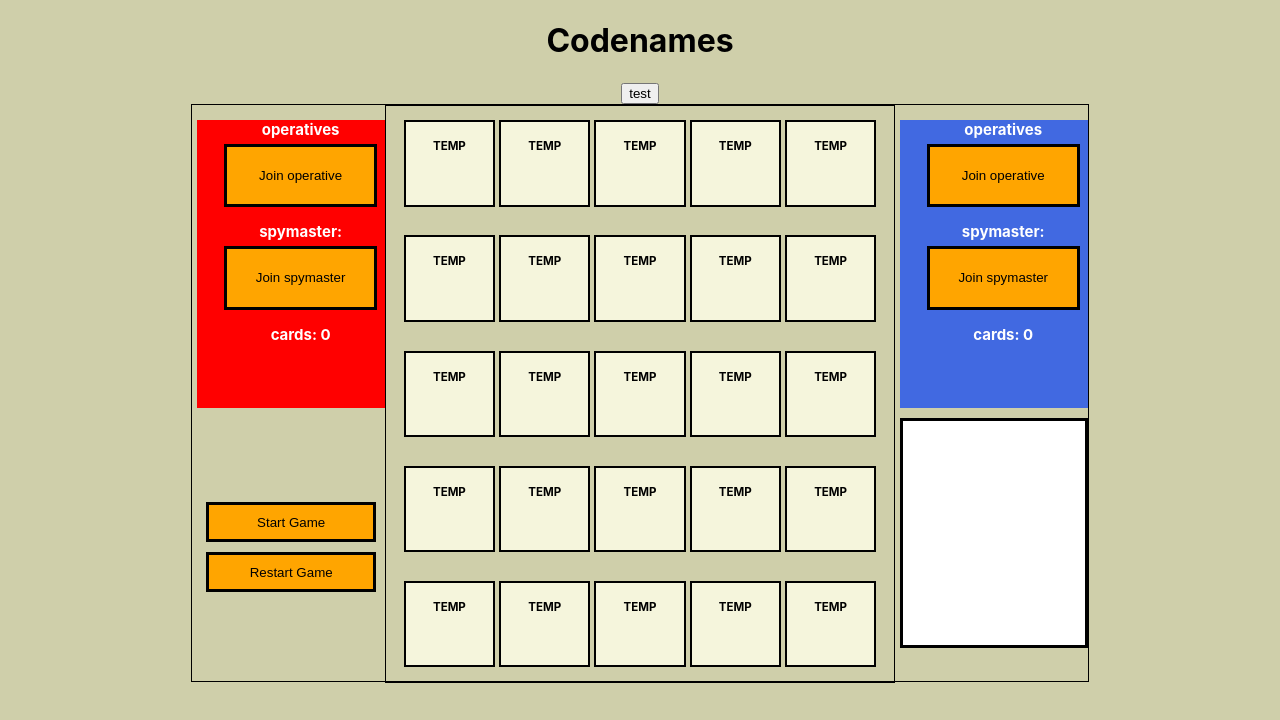
Repository: alcarrizo/Codenames-Fullstack
Page: / (app in client/)
These files come from the project's save history. The page is drawn as it stood at one moment and after the next save; the edit follows.
The browser window is 1280 px wide. The pictures show the whole page.
The project was rebuilt for these pictures with package versions that can differ from the ones it lists, and the page was loaded fresh each time. Imported but missing from the stored project, and not drawn on this page: client/src/reportWebVitals.

Above is the page before, as saved 2023-01-12 21:24:21.

### client/src/index.js
import React from 'react';
import ReactDOM from 'react-dom/client';
import './index.css';
import App from './App';
import reportWebVitals from './reportWebVitals';
import './css/styles.css'


const root = ReactDOM.createRoot(document.getElementById('root'));
root.render(
  <React.StrictMode>
    <App />
  </React.StrictMode>
);

// If you want to start measuring performance in your app, pass a function
// to log results (for example: reportWebVitals(console.log))
// or send to an analytics endpoint. Learn more: https://bit.ly/CRA-vitals
reportWebVitals();

### client/src/App.js
import logo from './logo.svg';
import './App.css';
import { useState, useEffect } from 'react';

const Card = ({ card, revealCard, player }) => {

  var className = 'card '
  className = player.role === 'spymaster' ? className + card.team : className
  className = card.clicked ? "card " + card.team + ' picked' : className

  return (
    <div className={className} onClick={() => revealCard(card.id)}>
      {card.word === null ? 'temp' : card.word}
    </div >
  )
}

const PlayerInfo = ({ joinClass, className, joinTeam, numCards }) => {


  return (
    <div className={className + "Team"}>
      <p>operatives </p>
      <p id={className + '-operative-players'}></p>
      <Btn onClick={() => joinTeam(className, 'operative')} className={joinClass} id={className + '-join-operative'} name="Join operative" />
      <p>spymaster: </p>
      <p id={className + '-spymaster-players'}></p>
      <Btn onClick={() => joinTeam(className, 'spymaster')} className={joinClass} id={className + '-join-spymaster'} name="Join spymaster" />
      <p id={className + '-remaining-cards'}>{'cards: ' + numCards}</p>
    </div>
  )

}

const Btn = (props) => {
  return (
    <button id={props.id} onClick={props.onClick} className={props.className}>{props.name}</button>
  )
}

const App = () => {

  const [cards, setCards] = useState(Array(25).fill({
    id: 0,
    word: null,
    team: 'beige',
    clicked: false
  }).map((c, i) => {
    return {
      ...c, id: i
    }
  }
  ))

  // player object
  const [player, setPlayer] = useState({
    name: 'Joker',
    team: null,
    role: null,
    joined: false
  })

  // Keeps track of turns
  const [turn, setTurn] = useState('')
  document.body.className = turn

  const [gameStart, setGameStart] = useState(false)

  // revealing the end turn button if it's your turn and your role isn't spymaster
  var endClass = player.team === turn && player.role !== 'spymaster' ? 'menuBtn' : 'menuBtn hide'

  // reveals/hides the join team buttons depending on whether the player has joined or not
  var joinClass = player.joined ? 'join-button hide' : 'join-button'

  var words = "Africa, Agent, Air, Alien, Alps, Amazon, Ambulance, America, Angel, Antarctica, Apple, Arm, Atlantis, Australia, Aztec, Back, Ball, Band, Bank, Bar, Bark, Bat, Battery, Beach, Bear, Beat, Bed, Beijing, Bell, Belt, Berlin, Bermuda, Berry, Bill, Block, Board, Bolt, Bomb, Bond, Boom, Boot, Bottle, Bow, Box, Bridge, Brush, Buck, Buffalo, Bug, Bugle, Button, Calf, Canada, Cap, Capital, Car, Card, Carrot, Casino, Cast, Cat, Cell, Centaur, Center, Chair, Change, Charge, Check, Chest, Chick, China, Chocolate, Church, Circle, Cliff, Cloak, Club, Code, Cold, Comic, Compound, Concert, Conductor, Contract, Cook, Copper, Cotton, Court, Cover, Crane, Crash, Cricket, Cross, Crown, Cycle, Czech, Dance, Date, Day, Death, Deck, Degree, Diamond, Dice, Dinosaur, Disease, Doctor, Dog, Draft, Dragon, Dress, Drill, Drop, Duck, Dwarf, Eagle, Egypt, Embassy, Engine, England, Europe, Eye, Face, Fair, Fall, Fan, Fence, Field, Fighter, Figure, File, Film, Fire, Fish, Flute, Fly, Foot, Force, Forest, Fork, France, Game, Gas, Genius, Germany, Ghost, Giant, Glass, Glove, Gold, Grace, Grass, Greece, Green, Ground, Ham, Hand, Hawk, Head, Heart, Helicopter, Himalayas, Hole, Hollywood, Honey, Hood, Hook, Horn, Horse, Horseshoe, Hospital, Hotel, Ice, Ice cream, India, Iron, Ivory, Jack, Jam, Jet, Jupiter, Kangaroo, Ketchup, Key, Kid, King, Kiwi, Knife, Knight, Lab, Lap, Laser, Lawyer, Lead, Lemon, Leprechaun, Life, Light, Limousine, Line, Link, Lion, Litter, Loch ness, Lock, Log, London, Luck, Mail, Mammoth, Maple, Marble, March, Mass, Match, Mercury, Mexico, Microscope, Millionaire, Mine, Mint, Missile, Model, Mole, Moon, Moscow, Mount, Mouse, Mouth, Mug, Nail, Needle, Net, New york, Night, Ninja, Note, Novel, Nurse, Nut, Octopus, Oil, Olive, Olympus, Opera, Orange, Organ, Palm, Pan, Pants, Paper, Parachute, Park, Part, Pass, Paste, Penguin, Phoenix, Piano, Pie, Pilot, Pin, Pipe, Pirate, Pistol, Pit, Pitch, Plane, Plastic, Plate, Platypus, Play, Plot, Point, Poison, Pole, Police, Pool, Port, Post, Pound, Press, Princess, Pumpkin, Pupil, Pyramid, Queen, Rabbit, Racket, Ray, Revolution, Ring, Robin, Robot, Rock, Rome, Root, Rose, Roulette, Round, Row, Ruler, Satellite, Saturn, Scale, School, Scientist, Scorpion, Screen, Scuba diver, Seal, Server, Shadow, Shakespeare, Shark, Ship, Shoe, Shop, Shot, Sink, Skyscraper, Slip, Slug, Smuggler, Snow, Snowman, Sock, Soldier, Soul, Sound, Space, Spell, Spider, Spike, Spine, Spot, Spring, Spy, Square, Stadium, Staff, Star, State, Stick, Stock, Straw, Stream, Strike, String, Sub, Suit, Superhero, Swing, Switch, Table, Tablet, Tag, Tail, Tap, Teacher, Telescope, Temple, Theater, Thief, Thumb, Tick, Tie, Time, Tokyo, Tooth, Torch, Tower, Track, Train, Triangle, Trip, Trunk, Tube, Turkey, Undertaker, Unicorn, Vacuum, Van, Vet, Wake, Wall, War, Washer, Washington, Watch, Water, Wave, Web, Well, Whale, Whip, Wind, Witch, Worm, Yard".split(',')

  const revealCard = (id) => {

    // makes it so that spymasters, the other team, and spectators
    // can't click cards during your turn
    // if (player.role === 'spymaster' || player.team !== turn || !player.joined) {
    //   return
    // }

    //prevents people from clicking the cards if the game hasn't
    // started/ ended
    if (!gameStart) {
      return
    }


    const card = cards.find(c => c.id === id)
    if (card.team !== turn) {
      changeTurn()
    }
    const revealedCard = { ...card, clicked: true }
    setCards(cards.map(c => c.id === id ? revealedCard : c))

  }

  const assignCards = (size, usedArr, arr, ranNum) => {
    // for loop to select 25 unique random words
    for (let i = 0; i < size; i++) {
      let randumNum = Math.round(Math.random() * ranNum)

      while (usedArr.includes(randumNum)) {
        randumNum = Math.round(Math.random() * ranNum)
      }
      usedArr.push(randumNum)
      arr.push(randumNum)
    }
  }

  const changeTurn = () => {
    // changes turn to the opposite team
    const newTurn = turn === 'blue' ? 'red' : 'blue'
    setTurn(newTurn)
  }

  const startGame = () => {
    setGameStart(true)
    //randomizing who goes first
    let randNum = Math.round(Math.random())
    const whoseTurn = randNum === 0 ? 'blue' : 'red'
    setTurn(whoseTurn)

    // array to hold the words
    var cardWords = []
    // Keeps track of the selected words to avoid using the same word twice
    var usedWords = []

    // getting the 25 words to be used
    assignCards(25, usedWords, cardWords, 399)

    cardWords = cardWords.map(i => words[i])
    // assigning cards to teams
    // resetting the card team arrays
    var redCards = []
    var blueCards = []
    var blackCard = []
    usedWords = []

    // The one who goes first gets 9 cards, otherwise they get 8
    let blueSize = whoseTurn === 'blue' ? 9 : 8
    let redSize = whoseTurn === 'red' ? 9 : 8

    // getting the black card
    assignCards(1, usedWords, blackCard, 24)

    // picking the blue cards
    assignCards(blueSize, usedWords, blueCards, 24)

    // picking the red cards
    assignCards(redSize, usedWords, redCards, 24)

    const newCards = cards.map((c, i) => {
      let team = 'beige'
      if (redCards.includes(i)) {
        team = 'red'
      }
      else if (blueCards.includes(i)) {
        team = 'blue'
      }
      else if (blackCard.includes(i)) {
        team = 'black'
      }
      return { ...c, clicked: false, word: cardWords[i], team: team }
    })
    setCards(newCards)

    // removing the start game button since the game has started
    document.getElementById('startBtn').className += ' hide'

  }

  const joinTeam = (team, role) => {
    const playerTeam = team === 'blue' ? 'blue' : 'red'
    const playerRole = role === 'operative' ? 'operative' : 'spymaster'

    const newPlayer = { ...player, role: playerRole, team: playerTeam, joined: true }

    //adding player's name to their role location
    document.getElementById(playerTeam + "-" + playerRole + "-players").innerHTML += player.name + " "


    setPlayer(newPlayer)
  }

  const restart = () => {

    setGameStart(false)

    // clearing the team name tags
    document.getElementById("blue-operative-players").innerHTML = " "
    document.getElementById("blue-spymaster-players").innerHTML = " "
    document.getElementById("red-operative-players").innerHTML = " "
    document.getElementById("red-spymaster-players").innerHTML = " "

    // resetting the cards to pre game state
    const newCards = cards.map(c => {
      return {
        ...c,
        word: null,
        team: 'beige',
        clicked: false
      }
    })
    setCards(newCards)

    // resetting player to pre game state
    const newPlayer = {
      ...player,
      team: null,
      role: null,
      joined: false
    }
    setPlayer(newPlayer)

    //resetting Turns to pre game state
    setTurn('')

    //bringing back the start game button
    document.getElementById('startBtn').className = 'menuBtn'

    //resetting the winScreen
    document.getElementById('win-screen').className = 'win-screen hide'

  }

  //checks if someone has won whenever a card is picked
  useEffect(() => {
    if (!gameStart) {
      return
    }
    let newWin = false
    let winningTeam = ''
    if (cards.filter(c => c.team === 'blue' && !c.clicked).length === 0) {
      newWin = true
      winningTeam = 'blue'
    }
    else if (cards.filter(c => c.team === 'red' && !c.clicked).length === 0) {
      newWin = true
      winningTeam = 'red'
    }
    else if (cards.filter(c => c.team === 'black' && !c.clicked).length === 0) {
      newWin = true
      winningTeam = turn === 'blue' ? 'red' : 'blue'
    }

    if (newWin === true) {
      setGameStart(false)
      document.getElementById('win-screen').className = 'win-screen'
      document.getElementById('win-screen').innerHTML = winningTeam + ' has won'

      setCards(cards.map(c => { return { ...c, clicked: true } }))
    }
  }, [cards])


  const giveClue = () => {
    let clue = document.getElementById('clue-text').innerHTML
    document.getElementById('clue-log').innerHTML += clue + '<br>'
  }

  return (
    <div className="App">
      <h1>Codenames</h1>

      <button onClick={() => { giveClue('test') }}>test</button>

      <div className='wrapper'>
        <div className={"redSide"}>
          <PlayerInfo numCards={cards.filter(c => c.team === 'red' && !c.clicked).length} joinClass={joinClass} joinTeam={joinTeam} className={'red'} />
          <div className='menu'>
            <Btn className='menuBtn' onClick={() => startGame()} id="startBtn" name="Start Game" />
            <Btn className='menuBtn' onClick={() => restart()} id="resetBtn" name="Restart Game" />
          </div>
        </div>

        <div className='gameBoard'>
          {
            cards.map((card) =>
              <Card
                player={player}
                key={card.id}
                card={card}
                revealCard={revealCard} />
            )
          }

        </div>

        <div className={"blueSide"}>
          <PlayerInfo numCards={cards.filter(c => c.team === 'blue' && !c.clicked).length} joinClass={joinClass} joinTeam={joinTeam} className={'blue'} />
          <div id='clue-log' className='clue-log'></div>
          <Btn onClick={() => changeTurn()} className={endClass} id="endTurn" name="End Turn" />
        </div>

        <div className='win-screen hide' id='win-screen'></div>
      </div>

      <div className='clue-area hide' id='clue-area'>
        <input className='clue-text' id='clue-text' type="text" />
        <div className="rangeDiv" id="rangeDiv">
          <input className="clue-range" id='clueRange' type="range" autoComplete='off' min="0" max="10" defaultValue="0" />
          <h3 className="range-number" id="rangeNumber">0</h3>
        </div>
        <Btn onClick={() => { giveClue() }} className="clue-submit" id="clue-submit" name="Give Clue" />
      </div>

    </div>
  );
}

export default App;

### client/src/css/styles.css
body {
    background-color: #cfcfaa;
}

body.red {
    background-color: #b44c2b;
}

body.blue {
    background-color: #4799b7;
}

.wrapper {
    position: relative;
    border: 0.05rem solid black;
    width: 70%;
    height: 80vh;
    display: flex;
    background: none;
    margin: 0 auto;

}

.gameBoard {
    display: flex;
    flex-wrap: wrap;
    justify-content: center;
    text-align: center;
    width: 35rem;
    height: 100%;
    /*   width: 500px;
    height: 500px; */
    /*width: 15rem;
    height: 15rem;
    */
    border: 0.05rem solid black;
    margin: auto;
}



.card {
    /* background-color: royalblue; */
    background-color: beige;
    box-sizing: border-box;
    /*width: 75px;
    height: 65px;
  */
    /*   width: 5.5rem;
    height: 5rem; */
    width: 18%;
    height: 15%;
    margin: auto 2px;
    border: 2px black solid;
    font-size: .9vw;
    padding-top: 17px;
    text-transform: uppercase;
    font-weight: bold;
    transition: none;
}

.card.blue {
    background-color: royalblue;

}

.card.red {
    background-color: #ff6000;
}

.card.black {
    background-color: black;
    color: white;

}

.card.beige {
    background-color: #b9b979;
}

.card.blue,
.card.red,
.card.black,
.card.beige {
    transition: background-color 1s;
}

.card.blue.picked,
.card.red.picked,
.card.black.picked,
.card.beige.picked {
    transition: opacity 1s;
    opacity: 50%;
}


.redSide,
.blueSide {
    color: white;
    height: 100%;
    width: 13rem;
    font-size: 15px;
    font-weight: bold;
    padding-left: 5px;
    padding-bottom: 10px;
    margin: 0 auto;
}

.blueTeam,
.redTeam {
    height: 50%;
    margin-top: 10px;
    padding-left: 10%;

    box-sizing: border-box;
}

.redTeam {
    background-color: red;

}

.blueTeam {
    background-color: royalblue;

}

.blueSide {
    height: 100%;
}

.join-button {
    display: block;
    width: 90%;
    height: 22%;
    margin: -10px auto 0;
    background-color: orange;
    border: black solid 3px;
}

.join-button.hide {
    display: none;
}

.menuBtn {
    display: block;
    width: 90%;
    height: 40px;
    margin: 0 auto;
    background-color: orange;
    border: black solid 3px;
    margin-bottom: 10px;


}

.menuBtn.hide {
    display: none;
}

.menu {
    display: block;
    width: 100%;
    margin-top: 50%;
}

.clue-log {
    color: black;
    width: 100%;
    height: 40%;
    margin: 10px 0 5px;
    padding-left: 10px;
    background-color: white;
    box-sizing: border-box;
    border: black solid 3px;
    overflow-y: auto;
    line-height: 1.5;
}

.rangeDiv {
    display: inline-block;
    text-align: center;

}

.rangeDiv h3 {
    margin: 0;
    display: inline-block;
}

.clue-area {
    margin: 10px auto 0;
    width: 400px;
    height: 50px;
    margin-bottom: 15px;
}

.clue-area.hide {
    display: none;
}

.clue-submit {
    display: block;
    margin: 10px auto 0;
}

.win-screen {
    box-sizing: border-box;
    position: absolute;
    width: 30%;
    height: 30%;
    background-color: orange;
    top: 35%;
    left: 35%;
    text-align: center;
    font-size: 35px;
    line-height: 170px;
    font-weight: 800;
    border: black solid 3px;

}

.win-screen.hide {
    display: none;
}

Loaded but not shown: client/public/index.html (common file); client/src/index.css (common file); client/src/App.css (common file)

After the next save:
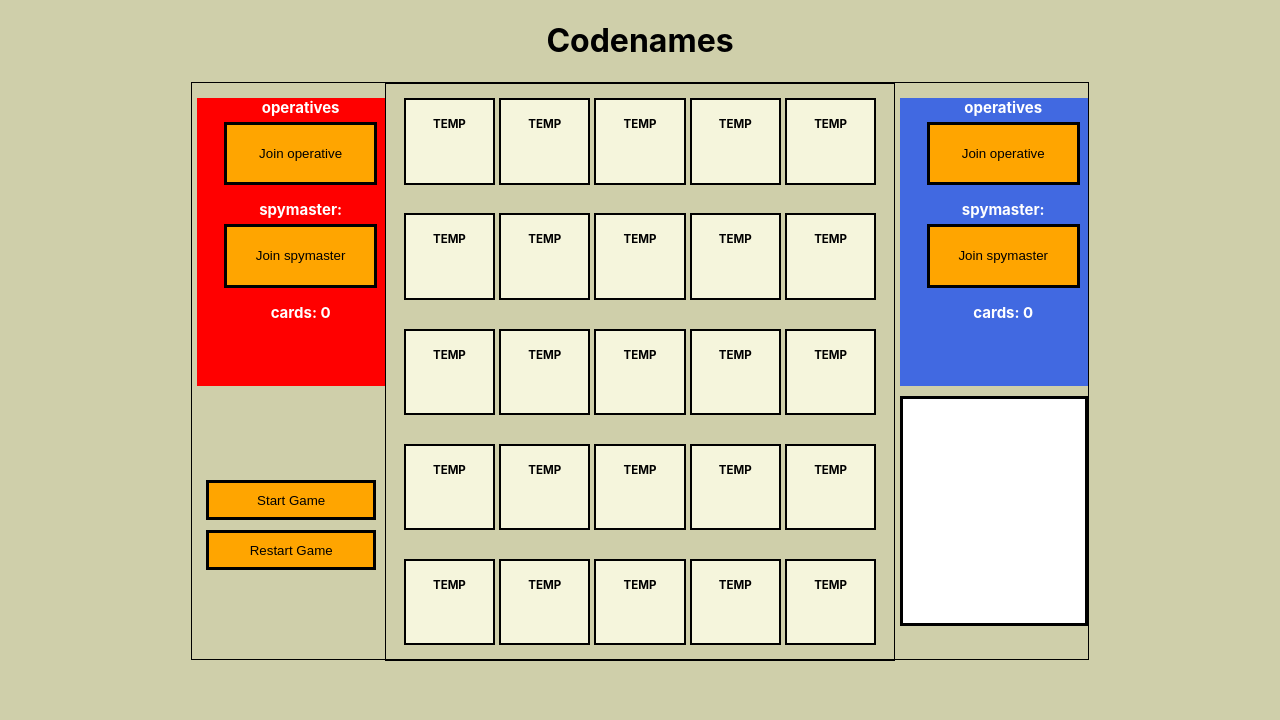
Saved 12 s later.
--- a/client/src/App.js
+++ b/client/src/App.js
@@ -266,7 +266,7 @@ const App = () => {
     <div className="App">
       <h1>Codenames</h1>
 
-      <button onClick={() => { giveClue('test') }}>test</button>
+      {/* <button onClick={() => { giveClue('test') }}>test</button> */}
 
       <div className='wrapper'>
         <div className={"redSide"}>
